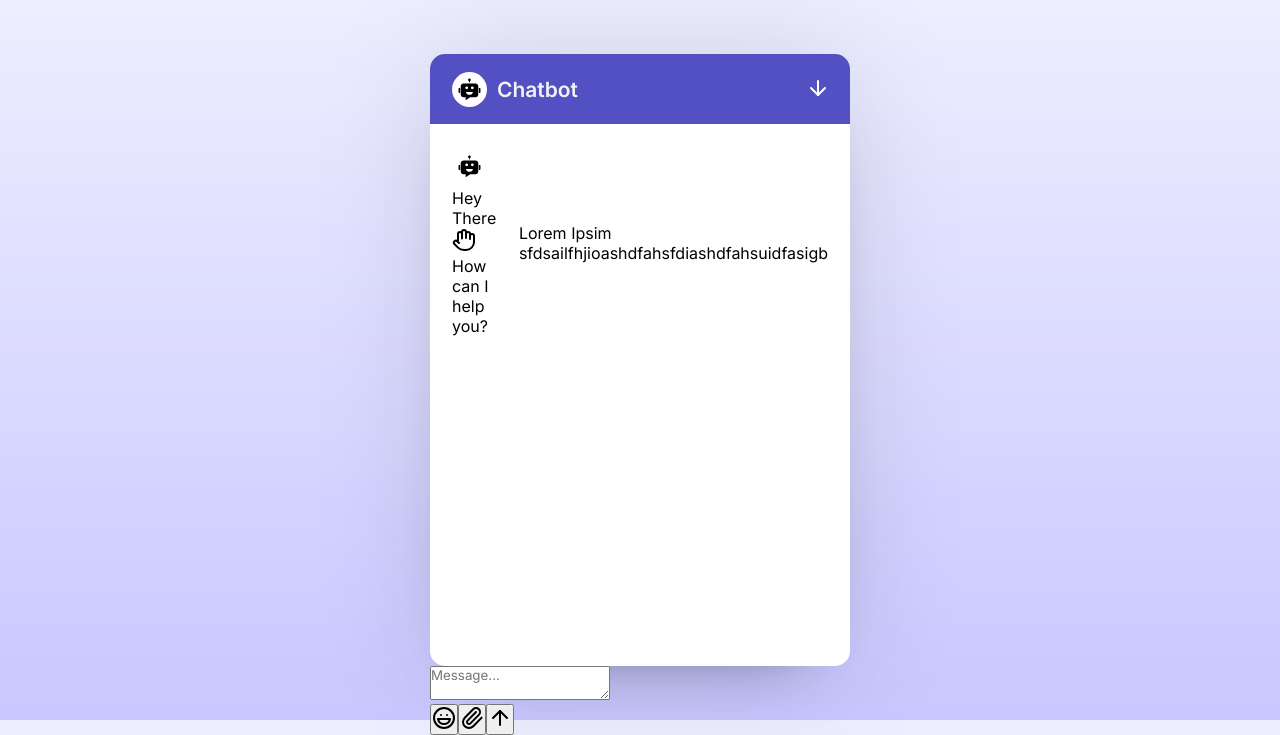
Repository: guilhermecardoso93/ai-bot
Page: /
These files come from the project's save history. The page is drawn as it stood at one moment and after the next save; the edit follows.
The browser window is 1280 px wide. The pictures show the whole page.
The project was rebuilt for these pictures with package versions that can differ from the ones it lists, and the page was loaded fresh each time. Also part of the build but not shown: vite.config.js.

Above is the page before, as saved 2024-11-11 20:47:43.

### index.html
<!doctype html>
<html lang="en">

<head>
    <meta charset="UTF-8" />
    <link rel="icon" type="image/svg+xml" href="/vite.svg" />
    <link rel="preconnect" href="https://fonts.googleapis.com">
    <link rel="preconnect" href="https://fonts.gstatic.com" crossorigin>
    <link href="https://fonts.googleapis.com/css2?family=Inter:ital,opsz,wght@0,14..32,100..900;1,14..32,100..900&family=Outfit:wght@100..900&display=swap" rel="stylesheet">
    <meta name="viewport" content="width=device-width, initial-scale=1.0" />
    <title>Ai ChatBot</title>
</head>

<body>
    <div id="root"></div>
    <script type="module" src="/src/main.jsx"></script>
</body>

</html>

### src/index.css
:root {
  font-synthesis: none;
  text-rendering: optimizeLegibility;
  -webkit-font-smoothing: antialiased;
  -moz-osx-font-smoothing: grayscale;
}

* {
  padding: 0;
  margin: 0;
  box-sizing: border-box;
  font-family: "Inter", serif;
  font-optical-sizing: auto;
  font-style: normal;
}

body {
  display: flex;
  align-items: center;
  justify-content: center;
  min-height: 100vh;
  background: linear-gradient(#eeeeff, #c8c7ff);
}

.chatbot-popup {
  width: 420px;
  background: #ffff;
  overflow: hidden;
  border-radius: 15px;
  box-shadow: 0 0 128px rgba(0, 0, 0, 0.1), 0 32px 64px -48px rgba(0, 0, 0, 0.5);
}

.chat-header {
  display: flex;
  align-items: center;
  background-color: #5350c4;
  padding: 15px 22px;
  justify-content: space-between;
}

.chat-header .header-info {
  display: flex;
  align-items: center;
  gap: 10px;
}

.header-info .logo {
  width: 35px;
  width: 35px;
  background: #fff;
  border-radius: 50%;
  flex-shrink: 0;
  padding: 4px;
}

.header-info .logo-text {
  color: #f2f2f2;
  font-weight: 600;
  font-size: 1.31rem;
}

.chat-header #close-chatbot {
  border: none;
  color: #fff;
  height: 40px;
  width: 40px;
  border-radius: 50%;
  font-size: 1.9rem;
  cursor: pointer;
  margin-right: -10px;
  background: none;
  transition: 0.2s ease;
}

.chat-header #close-chatbot:hover {
  background-color: #3d39ac;
}

.chat-body {
  padding: 25px 22px;
  display: flex;
  gap: 20px;
  height: 460px;
  margin-bottom: 82px;
  flex-direction: column;
  overflow-y: auto;
}


.chat-body .message {
  display: flex;
  gap: 11px;
  align-items: center;
}

.chat-body .bot-avatar {
  width: 35px;
  width: 35px;
  background: #fff;
  border-radius: 50%;
  flex-shrink: 0;
  padding: 4px;
}

.chat-footer {
  position: absolute;
}

### src/App.jsx
import { Main } from "./components/Main";

export function App() {
  return (
    <>
      <Main />
    </>
  );
}

### src/components/Main.jsx
import { Hand, ArrowDown, Laugh, Paperclip, ArrowUp } from "lucide-react";
import Logo from "../assets/logo.svg";

export function Main() {
  return (
    <div className="chatbot-popup">
      {/* Header */}
      <div className="chat-header">
        <div className="header-info">
          <img src={Logo} alt="" className="logo"/>
          <h2 className="logo-text">Chatbot</h2>
        </div>
        <button className="material-symbols-rounded" id='close-chatbot'>
          <ArrowDown />
        </button>
      </div>

      {/* Body */}
      <div className="chat-body">
        <div className="message bot-message">
          <div className="message-text-box">
            <img src={Logo} alt="" className="bot-avatar"/>
            <p className="message-text">
              Hey There
              <Hand />
            </p>
            <p>How can I help you?</p>
          </div>
          <div className="message-user">
            <p className="message-text">
              Lorem Ipsim sfdsailfhjioashdfahsfdiashdfahsuidfasigb
            </p>
          </div>
        </div>
      </div>

      {/* Footer */}
      <div className="chat-footer">
        <form action="" className="chat-form">
          <textarea
            placeholder="Message..."
            className="message-input"
          ></textarea>
          <div className="chat-controls">
            <button type="button" className="material-symbols-rounded">
              <Laugh />
            </button>
            <button type="button" className="material-symbols-rounded">
              <Paperclip />
            </button>
            <button type="button" className="material-symbols-rounded">
              <ArrowUp />
            </button>
          </div>
        </form>
      </div>
    </div>
  );
}

Loaded but not shown: src/main.jsx (common file)

After the next save:
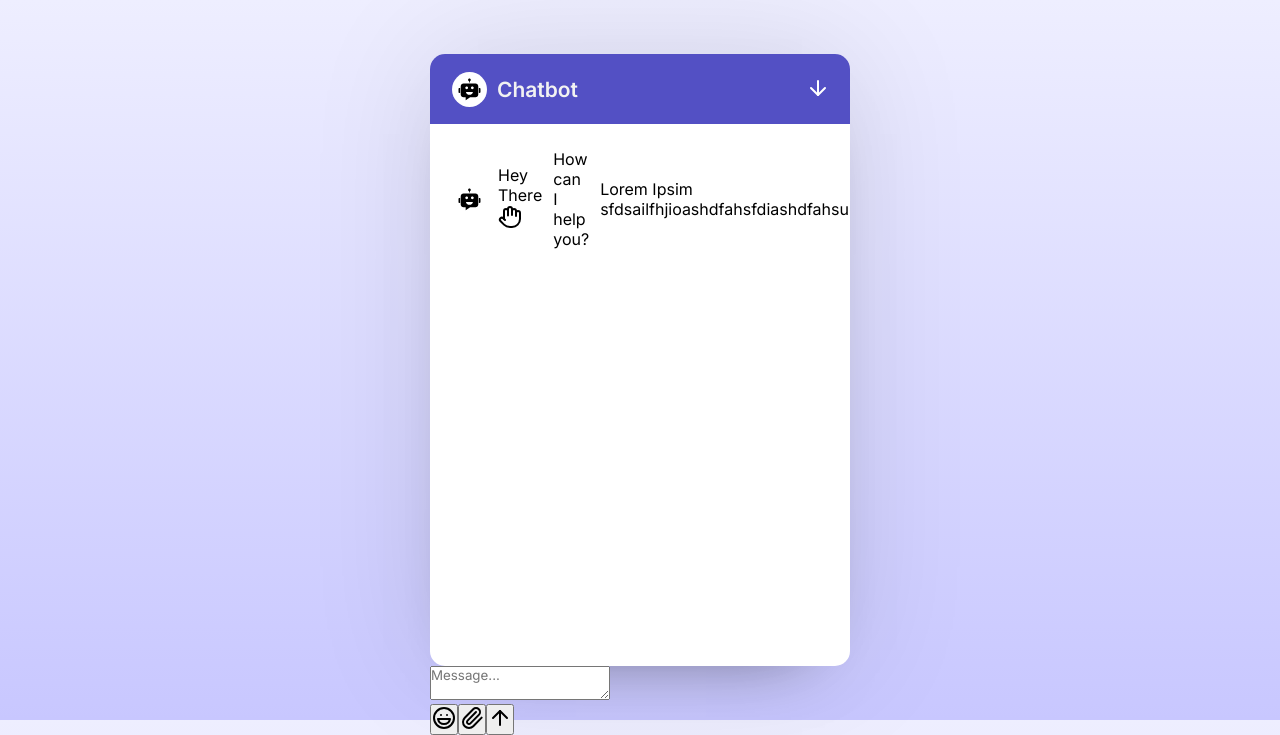
Saved 21 s later.
--- a/src/index.css
+++ b/src/index.css
@@ -93,6 +93,13 @@ body {
   align-items: center;
 }
 
+.chat-body .message-text-box {
+  display: flex;
+  gap: 11px;
+  align-items: center;
+
+}
+
 .chat-body .bot-avatar {
   width: 35px;
   width: 35px;
